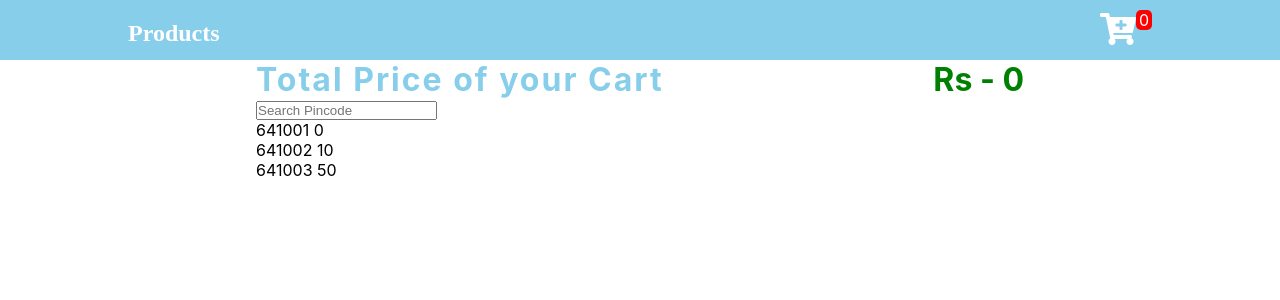
Repository: Imprasna/react-ecommerce
Page: /, after clicking the first element matching `div.cart`
The author's editor kept a copy of each file at every save. The page is drawn from the files as they stood at one save, then again after a run of saves.
The browser window is 1280 px wide. The pictures show the whole page.
Some web libraries are served in a nearby version. The project was rebuilt for these pictures with package versions that can differ from the ones it lists, and the page was loaded fresh each time.

Above is the page before, as saved 2022-06-14 05:49:44.

After the next 2 saves:
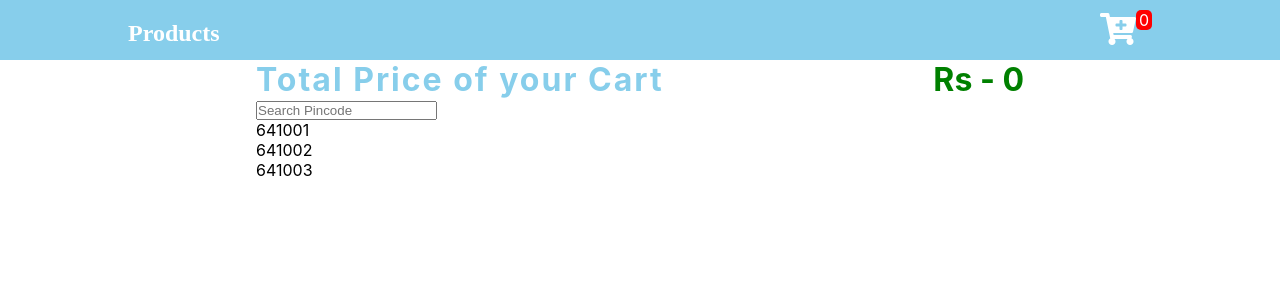
The 2 saves are shown as one change because they came seconds apart.
The last was saved 21 s later.
--- a/src/components/Cart.js
+++ b/src/components/Cart.js
@@ -59,8 +59,7 @@ const Cart = ({ cart, setCart, handleChange }) => {
       <div>
             {Pincode.map((pin) =>
             (
-              <p>
-                {pin.code} {pin.charge}
+              <p>                {pin.code}
               </p>
       ))}
           </div>
